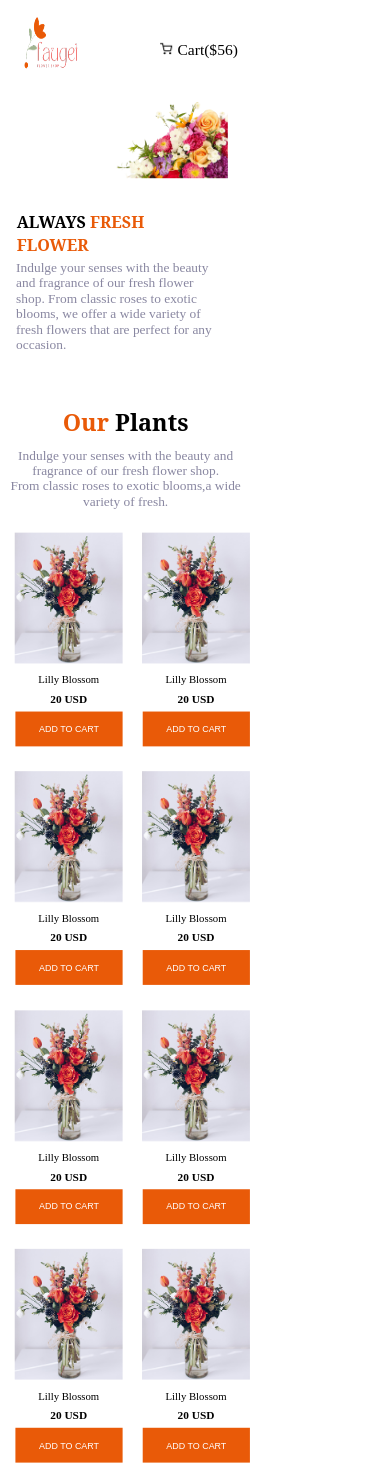
Repository: dollyrakhe22/Flowers-main-website
Page: index.html
These files come from the project's save history. The page is drawn as it stood at one moment and after the next save; the edit follows.
The browser window is 375 px wide. The page is 435 px wide, then 547 px, so the pictures cover 547 px, including what lies to the right of the window. The pictures show the whole page, at 67% of full size.
Some web libraries are served in a nearby version.

Above is the page before, as saved 2025-07-25 14:36:22.

After the next save:
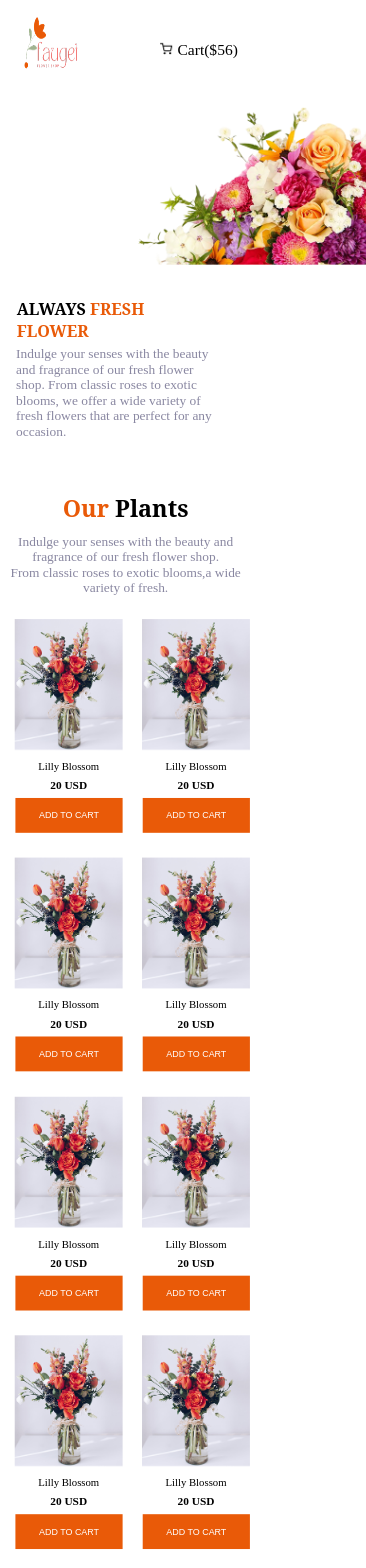
Saved 8 min 29 s later.
--- a/style.css
+++ b/style.css
@@ -382,7 +382,7 @@ input{
   .flower-img img{
     width: 403px;
     margin-left: 4px;
-    max-width: 206%;
+
 
   }
   .flower-title{
